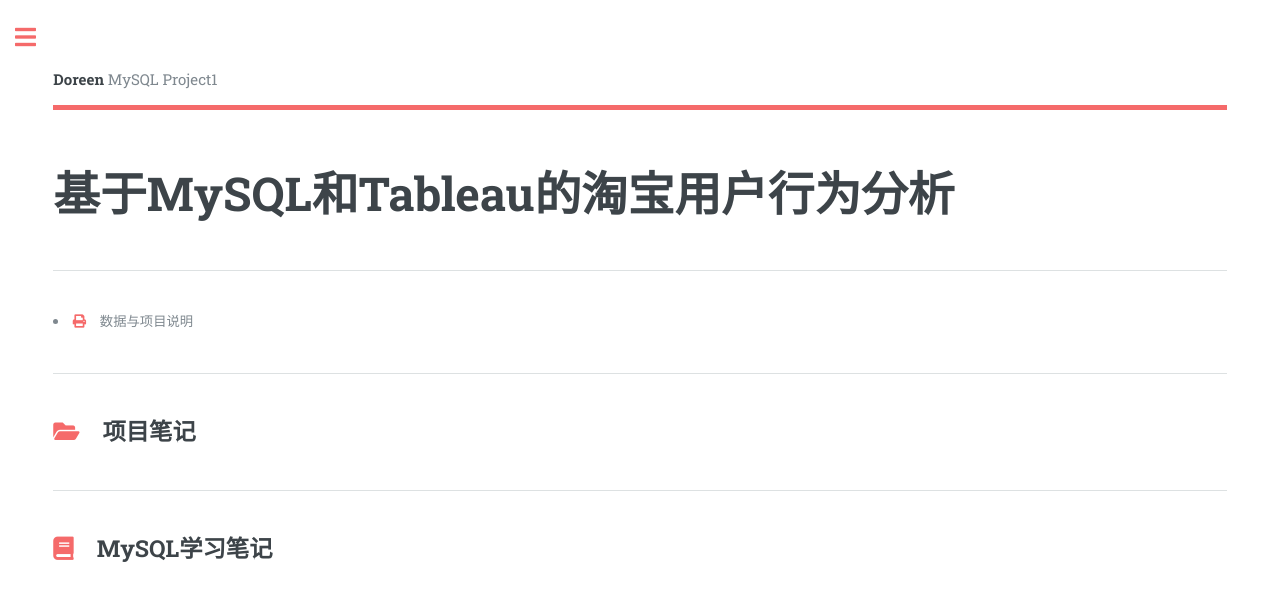
Repository: Hpz3859/Hpz3859.github.io
Page: MySQL_taobao.html
The author's editor kept a copy of each file at every save. The page is drawn from the files as they stood at one save, then again after the next save.
The browser window is 1280 px wide. The pictures show the whole page.

Above is the page before, as saved 2025-03-31 21:17:24.

### MySQL_taobao.html
<!DOCTYPE HTML>
<!--
	Editorial by HTML5 UP
	html5up.net | @ajlkn
	Free for personal and commercial use under the CCA 3.0 license (html5up.net/license)
-->
<html>
	<head>
		<title>Doreen project1</title>
		<meta charset="utf-8" />
		<meta name="viewport" content="width=device-width, initial-scale=1, user-scalable=no" />
		<link rel="stylesheet" href="assets/css/main.css" />
	</head>
	<body class="is-preload">

		<!-- Wrapper -->
			<div id="wrapper">

				<!-- Main -->
					<div id="main">
						<div class="inner">

							<!-- Header -->
								<header id="header">
									<a href="MySQL_taobao.html" class="logo"><strong>Doreen</strong> MySQL Project1</a>
									<!--
									<ul class="icons">
										<li><a href="#" class="icon brands fa-twitter"><span class="label">Twitter</span></a></li>
										<li><a href="#" class="icon brands fa-facebook-f"><span class="label">Facebook</span></a></li>
										<li><a href="#" class="icon brands fa-snapchat-ghost"><span class="label">Snapchat</span></a></li>
										<li><a href="#" class="icon brands fa-instagram"><span class="label">Instagram</span></a></li>
										<li><a href="#" class="icon brands fa-medium-m"><span class="label">Medium</span></a></li>
									</ul>
									-->
								</header>

							<!-- Content -->
								<section>
									<header class="main">
										<h1>基于MySQL和Tableau的淘宝用户行为分析</h1>
									</header>

									<!-- Content -->
									<hr class="major" />

									<div class="content">
										<li>
											<span class="icon solid fa-print" style="color: #f56a6a;"></span>
											&nbsp;&nbsp;
											数据与项目说明
										</li>
									</div>


									<hr class="major" />

									<div class="content">
										<h2>
											<span class="icon solid fa-folder-open" style="color: #f56a6a;"></span>
											&nbsp;&nbsp;
											<a href="projects.html" class="logo">项目笔记</a>
										</h2>
									</div>

									<hr class="major" />

									<div class="content">
										<h2>
											<span class="icon solid fa-book" style="color: #f56a6a;"></span>
											&nbsp;&nbsp;
											<a href="mysql.html" class="logo">MySQL学习笔记</a>
										</h2>
									</div>
								</section>

						</div>
					</div>

				<!-- Sidebar -->
					<div id="sidebar">
						<div class="inner">

							<!-- Search -->
								<section id="search" class="alt">
									<form method="post" action="#">
										<input type="text" name="query" id="query" placeholder="Search" />
									</form>
								</section>

							<!-- Menu -->
								<nav id="menu">
									<header class="major">
										<h2>目录</h2>
									</header>
									<ul>
										<li><a href="./index.html">主页</a></li>
										<li>
											<span class="opener">文章</span>
											<ul>
												<li><a href="experience.html">过往经历</a></li>
												<li><a href="#">数据挖掘</a></li>
												<li><a href="#">量化与投资</a></li>
												<li><a href="moments.html">随笔</a></li>
											</ul>
										</li>
										<li>
											<span class="opener">视频</span>
											<ul>
												<li><a href="#">待更新</a></li>
												<li><a href="#">待更新</a></li>
											</ul>
										</li>

									</ul>
								</nav>


							<!-- Footer -->
							 <!--
								<footer id="footer">
									<p class="copyright">&copy; Untitled. All rights reserved. Demo Images: <a href="https://unsplash.com">Unsplash</a>. Design: <a href="https://html5up.net">HTML5 UP</a>.</p>
								</footer>
							-->

						</div>
					</div>

			</div>

		<!-- Scripts -->
			<script src="assets/js/jquery.min.js"></script>
			<script src="assets/js/browser.min.js"></script>
			<script src="assets/js/breakpoints.min.js"></script>
			<script src="assets/js/util.js"></script>
			<script src="assets/js/main.js"></script>

	</body>
</html>

Loaded but not shown: assets/js/jquery.min.js (library); assets/js/browser.min.js (common file); assets/js/breakpoints.min.js (common file); assets/css/fontawesome-all.min.css (library); assets/js/util.js (587 lines, source omitted); assets/js/main.js (262 lines, source omitted); assets/css/main.css (2283 lines, source omitted)

After the next save:
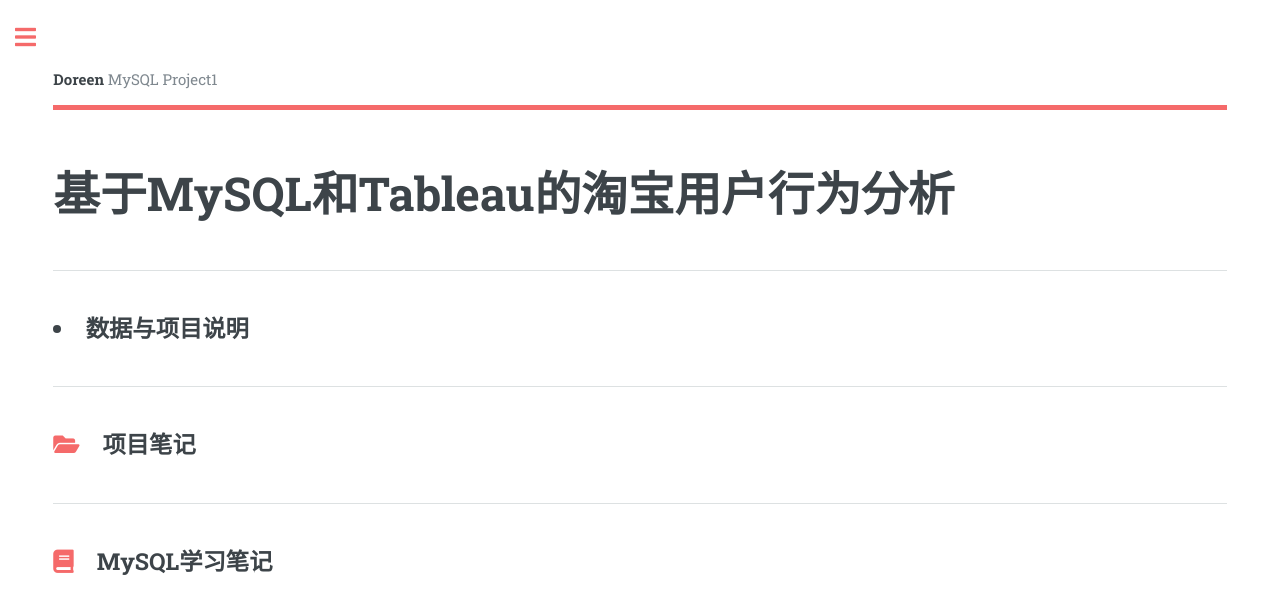
Saved 35 s later.
--- a/MySQL_taobao.html
+++ b/MySQL_taobao.html
@@ -44,11 +44,9 @@
 									<hr class="major" />
 
 									<div class="content">
-										<li>
-											<span class="icon solid fa-print" style="color: #f56a6a;"></span>
-											&nbsp;&nbsp;
-											数据与项目说明
-										</li>
+										<h2>
+											<li>数据与项目说明</li>
+										</h2>
 									</div>
 
 
